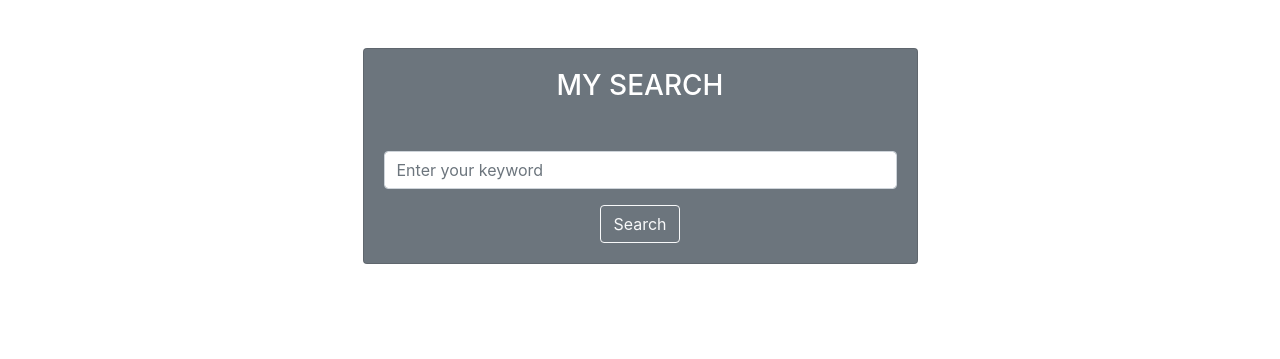
Repository: GovindParve/spring_mvc_maven_search_project
Page: http://localhost/springmvcsearch/home
The author's editor kept a copy of each file at every save. The page is drawn from the files as they stood at one save, then again after the next save.
The browser window is 1280 px wide. The pictures show the whole page.
Some web libraries are served in a nearby version. The page is served by Tomcat 9.

Above is the page before, as saved 2023-06-17 18:28:14.

After the next save:
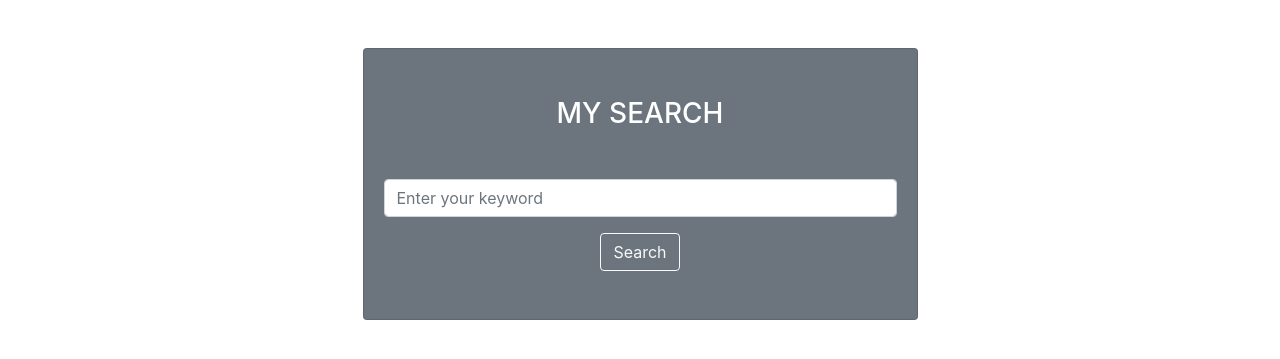
Saved 42 s later.
--- a/springmvcsearch/src/main/webapp/WEB-INF/views/home.jsp
+++ b/springmvcsearch/src/main/webapp/WEB-INF/views/home.jsp
@@ -13,7 +13,7 @@
   <body>
     <div class="container">
     	<div class="card mx-auto mt-5 bg-secondary" style="width: 50%">
-    		<div class="card-body">
+    		<div class="card-body py-5">
 
     			<h3 class="text-center text-white" style="text-transform: uppercase">My Search</h3>
 
